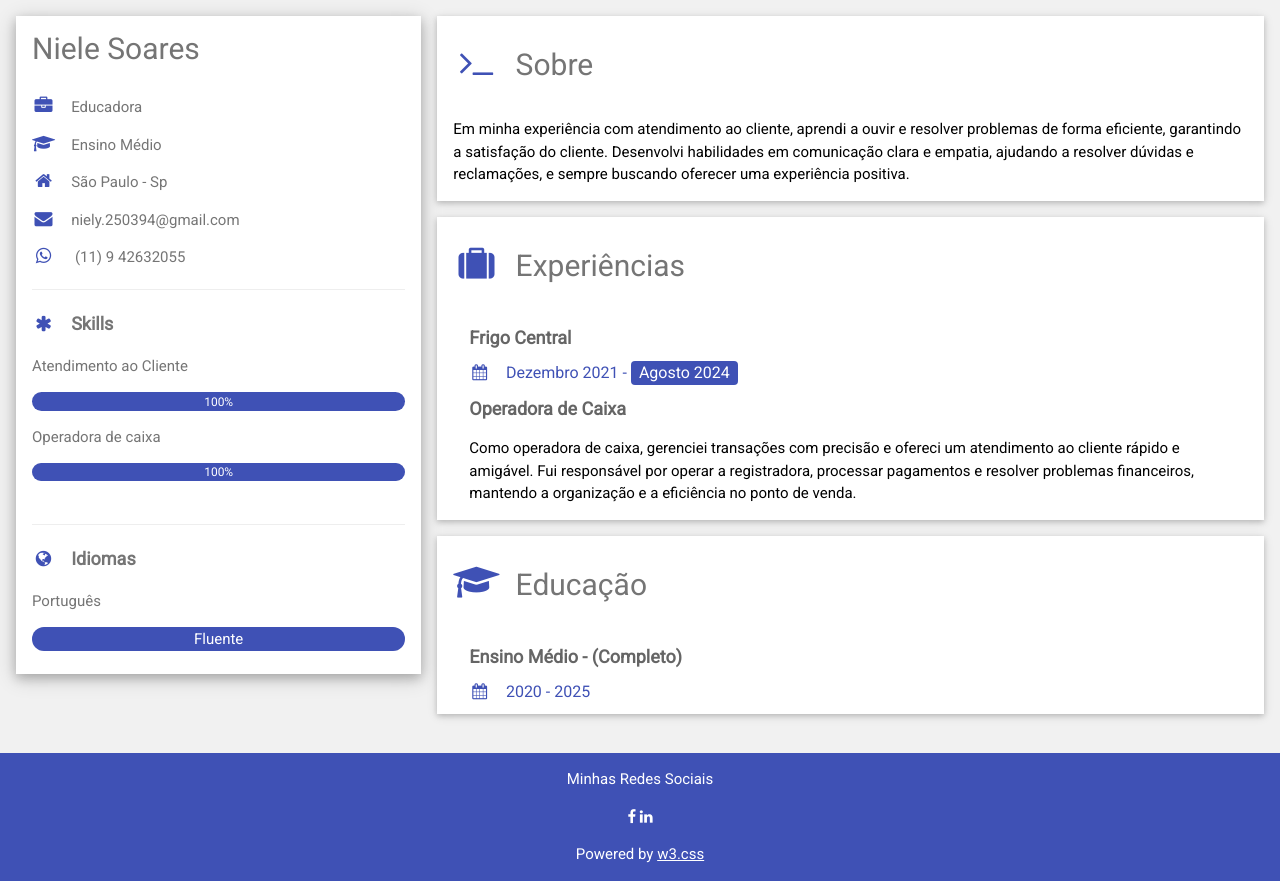
Repository: gustavotwist/cv2
Page: index.html
An editor plug-in stored every save of this project. The page is shown before and after the next save, followed by the edit.
The browser window is 1280 px wide. The pictures show the whole page.

Above is the page before, as saved 2024-08-23 18:12:58.

After the next save:
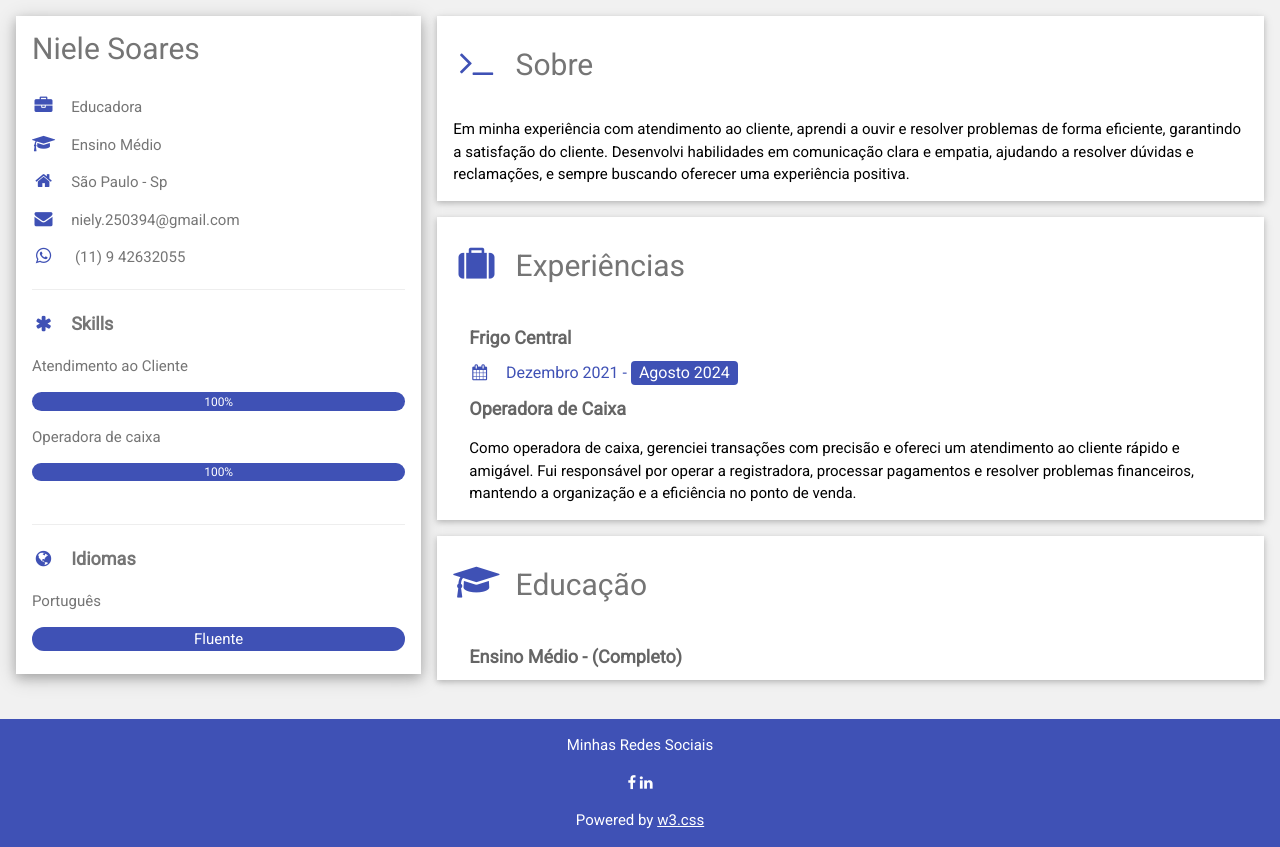
Saved 64 min 32 s later.
--- a/index.html
+++ b/index.html
@@ -99,7 +99,6 @@
             </h2>
             <div class="w3-container">
               <h5 class="w3-opacity"><b>Ensino Médio - (Completo)</b></h5>
-              <h6 class="w3-text-indigo"><i class="fa fa-calendar fa-fw w3-margin-right"></i>2020 - 2025</h6>
             </div>
           </div><br>
 
